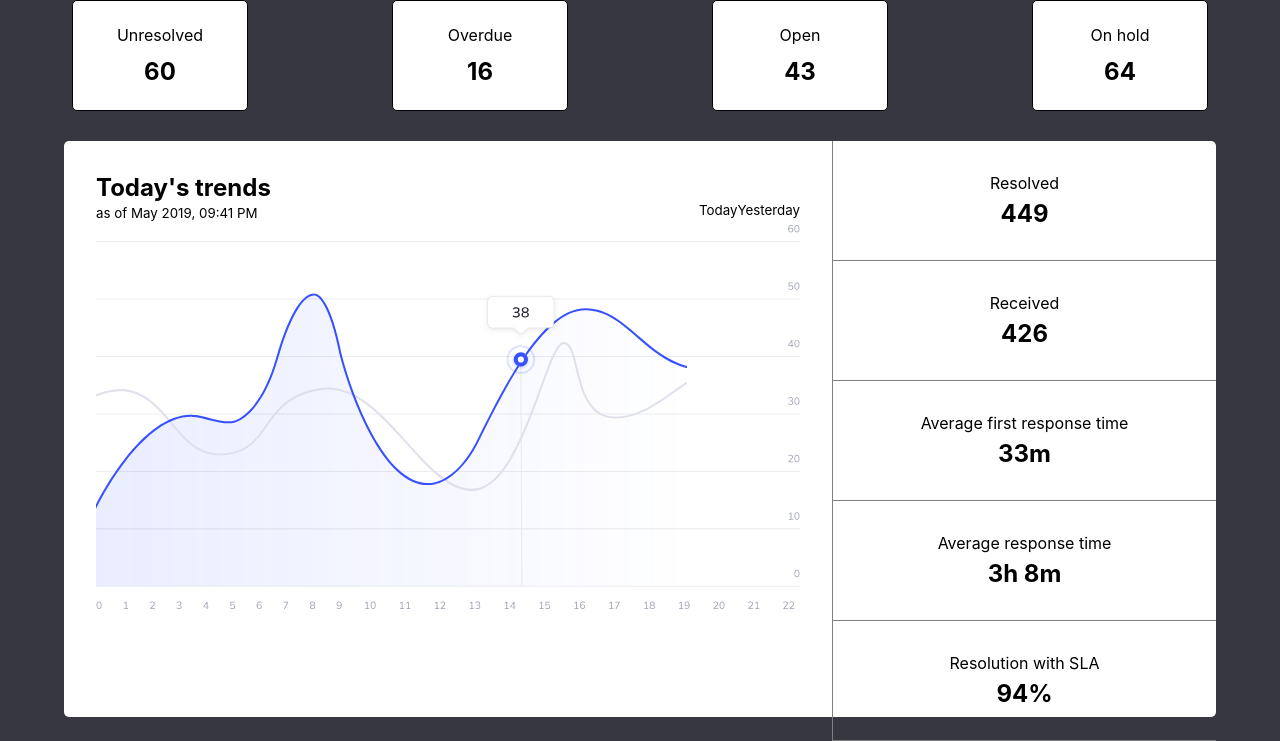
Repository: BuduCE/dashboard
Page: /
An editor plug-in stored every save of this project. The page is shown before and after a run of saves, followed by the edit.
The browser window is 1280 px wide. The pictures show the whole page.
Some web libraries are served in a nearby version. The project was rebuilt for these pictures with package versions that can differ from the ones it lists, and the page was loaded fresh each time.

Above is the page before, as saved 2022-08-03 23:33:01.

After the next 3 saves:
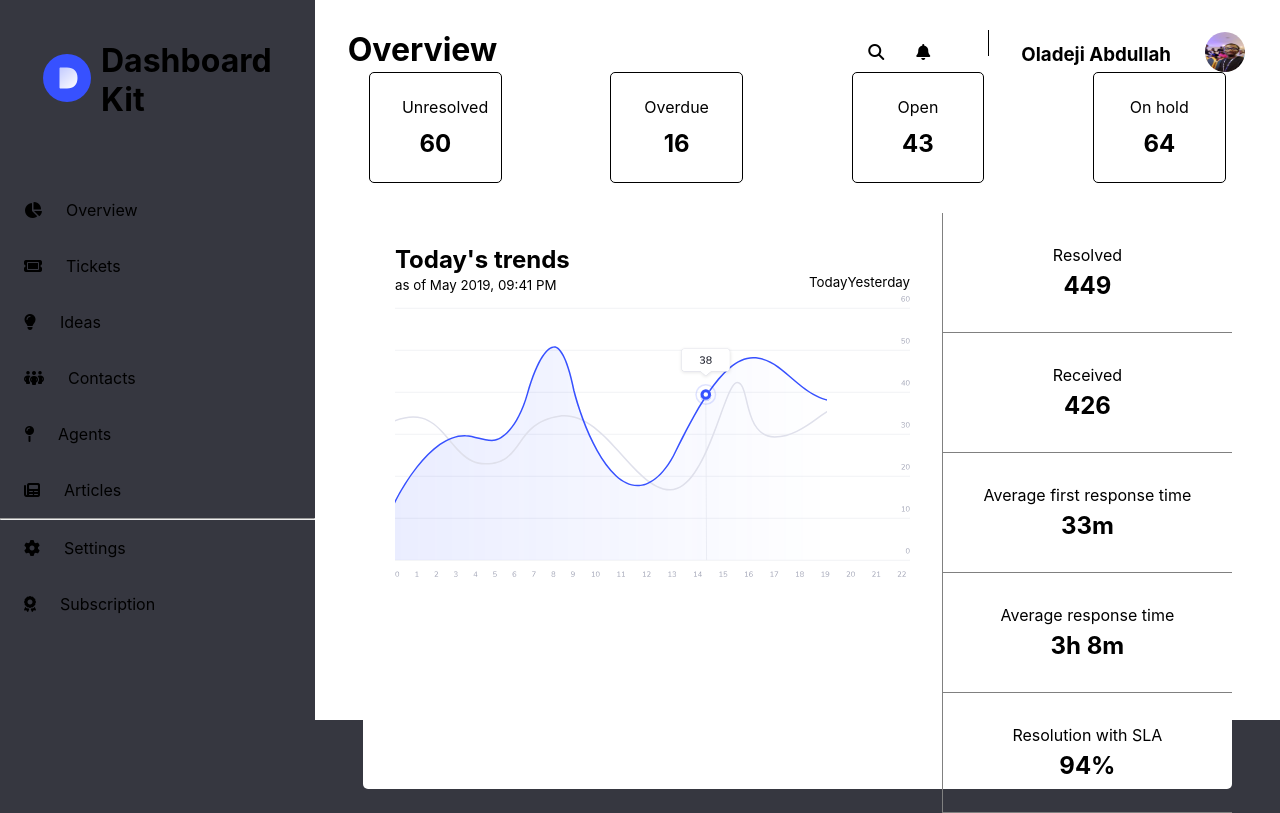
The 3 saves are shown as one change because 2 did not build or start.
The last was saved 16 s later.
--- a/src/App.js
+++ b/src/App.js
@@ -1,13 +1,13 @@
 import './App.css';
-import Overview from './pages/Overview';
+// import Overview from './pages/Overview';
 // import Header from './components/common/Header';
-// import Sidenav from './components/common/SideNav';
+import Sidenav from './components/common/SideNav';
 // import Login from './pages/Login';
 
 function App() {
   return (
     <div className="App">
-      <Overview />
+      <Sidenav />
     </div>
   );
 }
